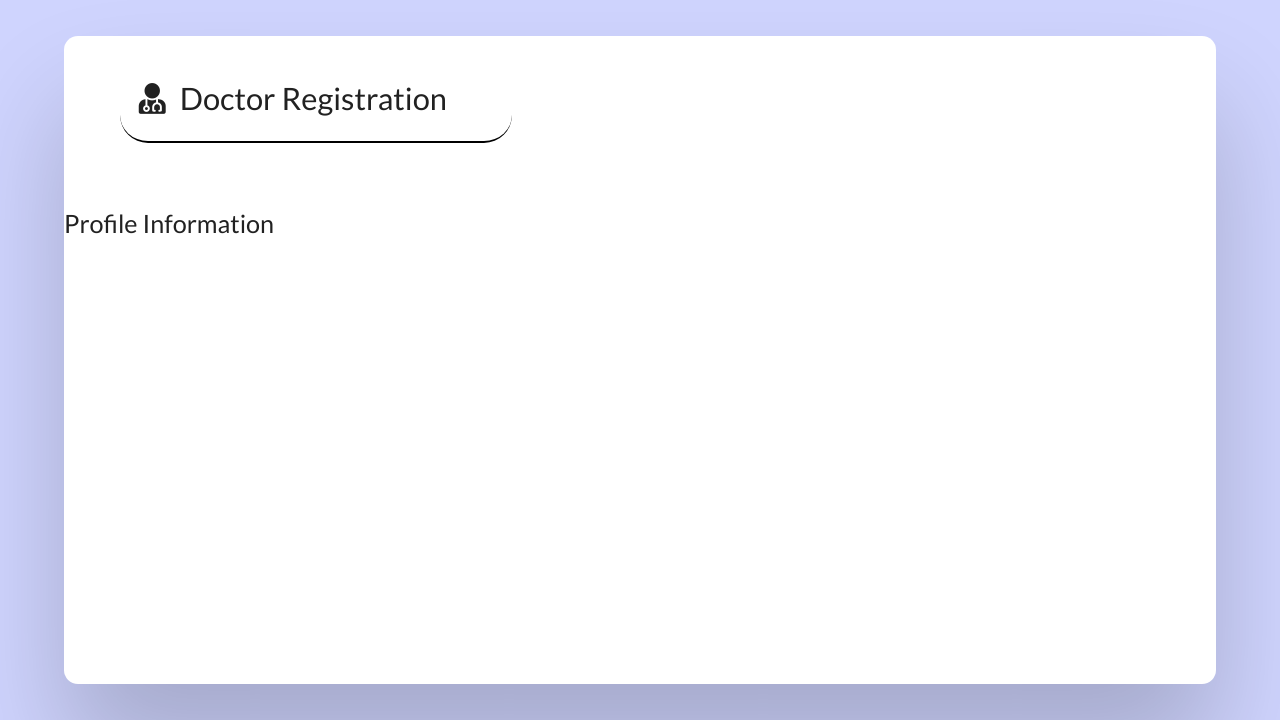
Repository: ajayaj2001/healthcare-digitization
Page: /doctorRegister
An editor plug-in stored every save of this project. The page is shown before and after the next save, followed by the edit.
The browser window is 1280 px wide. The pictures show the whole page.
The project was rebuilt for these pictures with package versions that can differ from the ones it lists, and the page was loaded fresh each time. Also part of the build but not shown: src/component/userType/UserType.scss, src/component/userType/UserType.js, src/component/login/Login.scss, src/component/login/loginForm/LoginForm.scss, src/component/login/loginForm/LoginForm.js, src/component/login/Login.js, src/component/register/Register.scss, src/component/register/registerForm/RegisterForm.scss and 2 more.

Above is the page before, as saved 2021-03-13 11:27:37.

After the next save:
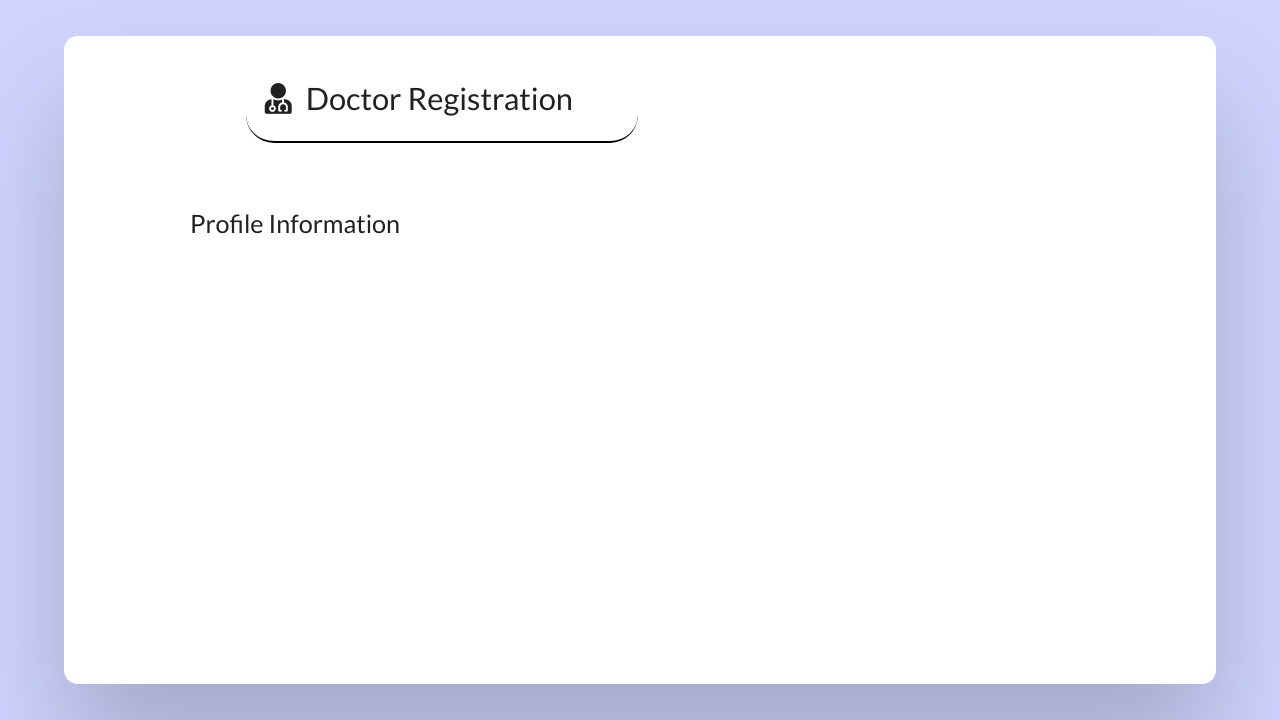
Saved 7 s later.
--- a/src/component/doctorRegister/DoctorRegister.scss
+++ b/src/component/doctorRegister/DoctorRegister.scss
@@ -15,7 +15,7 @@
         align-items: center;
         overflow: hidden;
         box-shadow: 0 5rem 8rem rgba(black, 0.2);
-        padding: 0rem;
+        padding: 0rem 0rem 0rem 9rem;
     }
    &__heading{
        font-size: 2.2rem;
